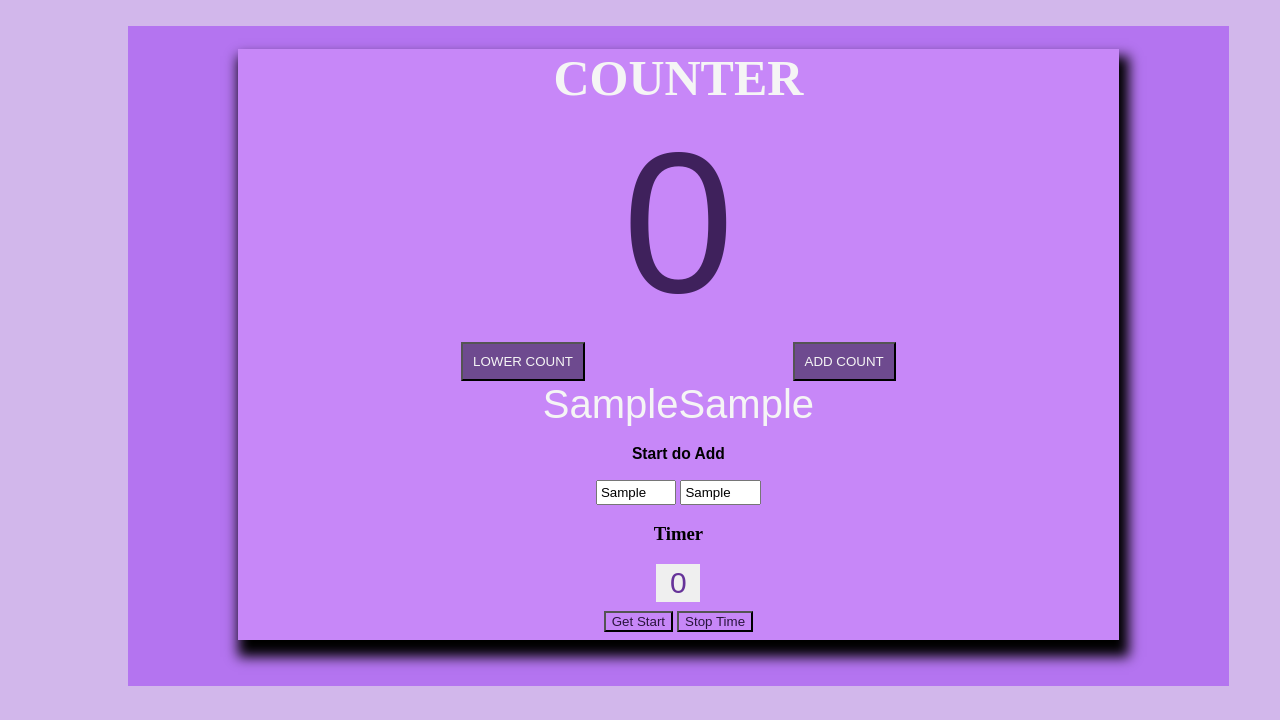
Repository: AnahitKhechumyan/Counter
Page: index.html
An editor plug-in stored every save of this project. The page is shown before and after the next save, followed by the edit.
The browser window is 1280 px wide. The pictures show the whole page.
Empty fields were first filled with sample values (such as "Sample", 5 or name@example.com).
After loading, the first visible `button.add` was clicked once.

Above is the page before, as saved 2022-02-15 02:20:44.

### index.html
<!DOCTYPE html>
<html lang="en">
<head>
    <meta charset="UTF-8">
    <meta http-equiv="X-UA-Compatible" content="IE=edge">
    <meta name="viewport" content="width=device-width, initial-scale=1.0">
    <link rel="stylesheet" href="style.css">
    <title>Counter</title>
</head>
<body>
    <div class="container">
       <div class="main">
            <div class="header">COUNTER</div>
            <button class= "counter">0</button>
            <div class = "change">
                 <button class ="decrement" type="button">LOWER COUNT</button>
                 <button class ="increment" type="button">ADD COUNT</button>
            </div>
            <button class= "sum">0</button> <br>
            <button class= "add" type="button"><h3>Start do Add</h3></button>
            <div >
                <input class ="firstInput" type="text" />
                <input class ="secondInput" type = "text"/>
           </div>
           <h3>Timer</h3>
           <button class= "timer">0</button>
            <div>
                <button class ="getTime">Get Start</button>
                <button class ="stopTime">Stop Time</button>
           </div>
        </div>
    </div>
    <script src= "script.js"></script>
</body>
</html>

### style.css
body{
    margin: 0;
    background-color: rgb(210, 183, 235);
}
.container{
    background-color: rgb(180, 116, 240);
    width: 86%;
    height: 90vh;
    margin: 2% 10%;
    padding-top: 1%;

}
.main{
    background-color: rgb(199, 135, 248);
    width: 80%;
    height: 82vh;
    margin: 1% 10%;
    box-shadow: 5px 12px 12px 5px;
    text-align: center;
}
.header{
    text-align: center;
    color:whitesmoke;
    font-size: 50px;
    font-weight: 700;
}

.counter{
    border:none;
    font-size:200px;
    color:rgb(63, 33, 92);
    background-color:rgb(199, 135, 248) ;

}
 .change{
     background-color:  rgb(199, 135, 248);
     font-size: 30px;
 }
.decrement{
    padding:10px;
    margin-right: 100px;
   background-color: rgb(110, 74, 143);
   color:whitesmoke;
}
.decrement:hover{
    background-color:whitesmoke;
    color:rgb(110, 74, 143);
    cursor:pointer;
}
.increment{
    padding:10px;
    margin-left: 100px;
    background-color: rgb(110, 74, 143);
    color:whitesmoke;
}
.increment:hover{
    background-color:whitesmoke;
    color:rgb(110, 74, 143);
    cursor:pointer;
}
.sum{
    border:none;
    background-color: rgb(199, 135, 248);
    color:whitesmoke;
    font-size: 40px;
}
.firstInput, .secondInput{
    width: 8%;
    padding:3px;
}
.timer{
    padding:2px 3px;
    font-size: 30px;
   width: 5%;
   border:none;
   color:rebeccapurple;
}

.getTime, .stopTime{
    margin-top:1%;
    background-color:rgb(199, 135, 248);
    color:rgb(41, 20, 61);
    cursor:pointer;
}
.getTime:hover, .stopTime:hover{
    background-color: whitesmoke;
    font-weight: 200;
}
h3{
    cursor:pointer;
}
.add{
    border:none;
    background-color: rgb(199, 135, 248);
}

### script.js
let counterElem = document.querySelector('.counter');
let addCount = document.querySelector('.increment');
let lowerCount =document.querySelector('.decrement');
let getTimer = document.querySelector('.getTime');
let stopTimer = document.querySelector('.stopTime');
let goTimer = document.querySelector('.timer');
let startAdd = document.querySelector('.add');
let addSum = document.querySelector('.sum');
let firstNum = document.querySelector('.firstInput');
let secondNum = document.querySelector('.secondInput');


    let count = 0;
    updateDisplay();

 addCount.addEventListener("click",()=>{
    count++;
    updateDisplay();
});
lowerCount.addEventListener("click",()=>{
    count--;
    updateDisplay();
});

function updateDisplay(){
    counterElem.innerHTML = count;
};

function add(x){
    return function(y){
     return x + y;
    }
};
startAdd.addEventListener("click",()=>{
    //let x = firstNum.innerHTML;
    let x = firstNum.value;
    console.log(x);
    //let y = secondNum.innerHTML;
    let y = secondNum.value;
   addSum.innerHTML = add(x)(y);
   console.log(add(x)(y));
});




    countTime=0;
 function getTime(){
    countTime++;
    goTimer.innerHTML = countTime;
 }
   let timer = 0;
  getTimer.addEventListener("click",()=>{
    timer = setInterval(getTime,1000);
});

stopTimer.addEventListener("click",()=>{
    clearInterval(timer);
    countTime = 0;
    goTimer.innerHTML = 0;
});

After the next save:
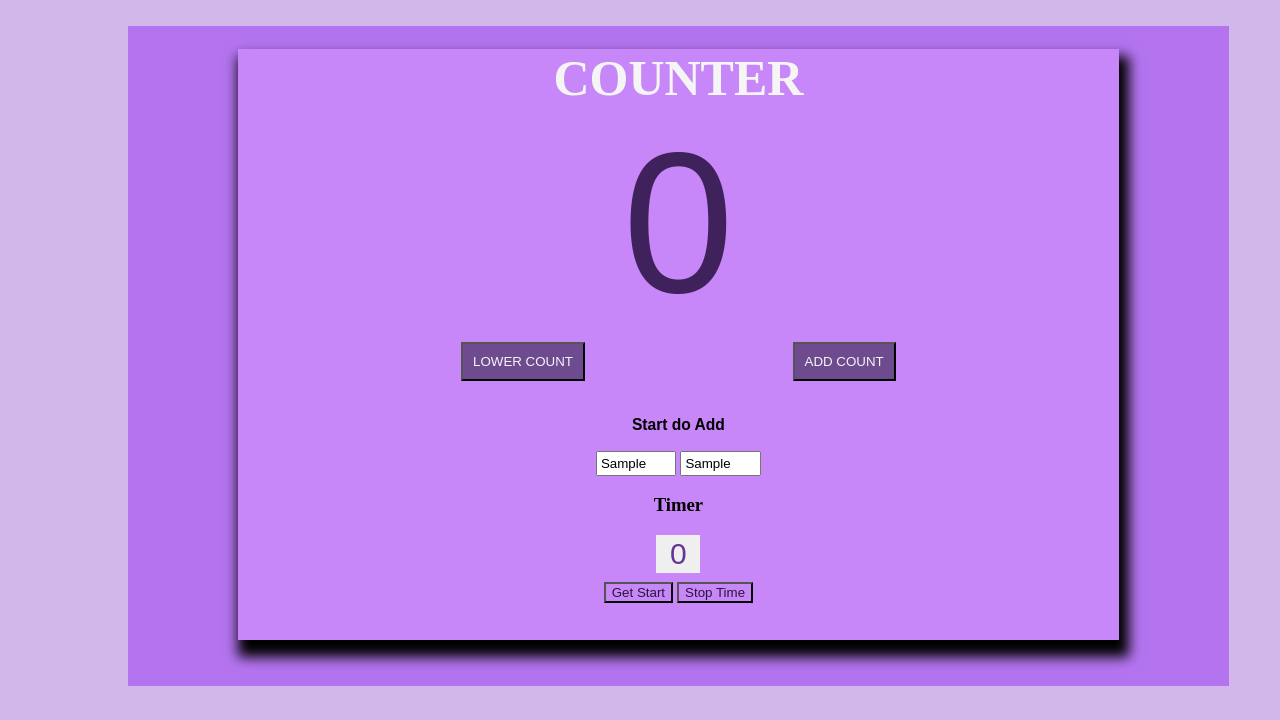
Saved 107 s later.
--- a/script.js
+++ b/script.js
@@ -6,8 +6,8 @@
 let goTimer = document.querySelector('.timer');
 let startAdd = document.querySelector('.add');
 let addSum = document.querySelector('.sum');
-let firstNum = document.querySelector('.firstInput');
-let secondNum = document.querySelector('.secondInput');
+let firstNum = document.querySelector('.firstInput').value;
+let secondNum = document.querySelector('.secondInput').value;
 
 
     let count = 0;
@@ -33,10 +33,10 @@
 };
 startAdd.addEventListener("click",()=>{
     //let x = firstNum.innerHTML;
-    let x = firstNum.value;
+    let x = firstNum;
     console.log(x);
     //let y = secondNum.innerHTML;
-    let y = secondNum.value;
+    let y = secondNum;
    addSum.innerHTML = add(x)(y);
    console.log(add(x)(y));
 });

After the save that followed:
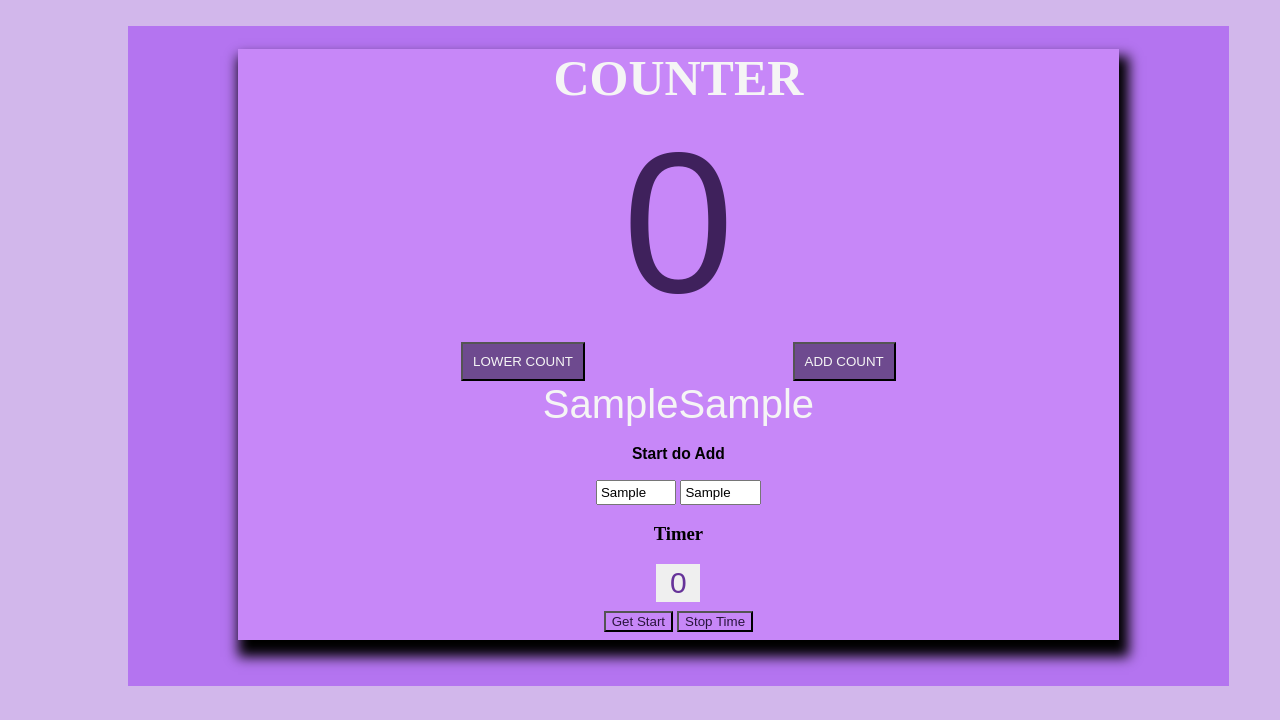
Saved 62 s later.
--- a/script.js
+++ b/script.js
@@ -6,8 +6,8 @@
 let goTimer = document.querySelector('.timer');
 let startAdd = document.querySelector('.add');
 let addSum = document.querySelector('.sum');
-let firstNum = document.querySelector('.firstInput').value;
-let secondNum = document.querySelector('.secondInput').value;
+let firstNum = document.querySelector('.firstInput');
+let secondNum = document.querySelector('.secondInput');
 
 
     let count = 0;
@@ -33,10 +33,10 @@
 };
 startAdd.addEventListener("click",()=>{
     //let x = firstNum.innerHTML;
-    let x = firstNum;
+    let x = firstNum.value;
     console.log(x);
     //let y = secondNum.innerHTML;
-    let y = secondNum;
+    let y = secondNum.value;
    addSum.innerHTML = add(x)(y);
    console.log(add(x)(y));
 });
